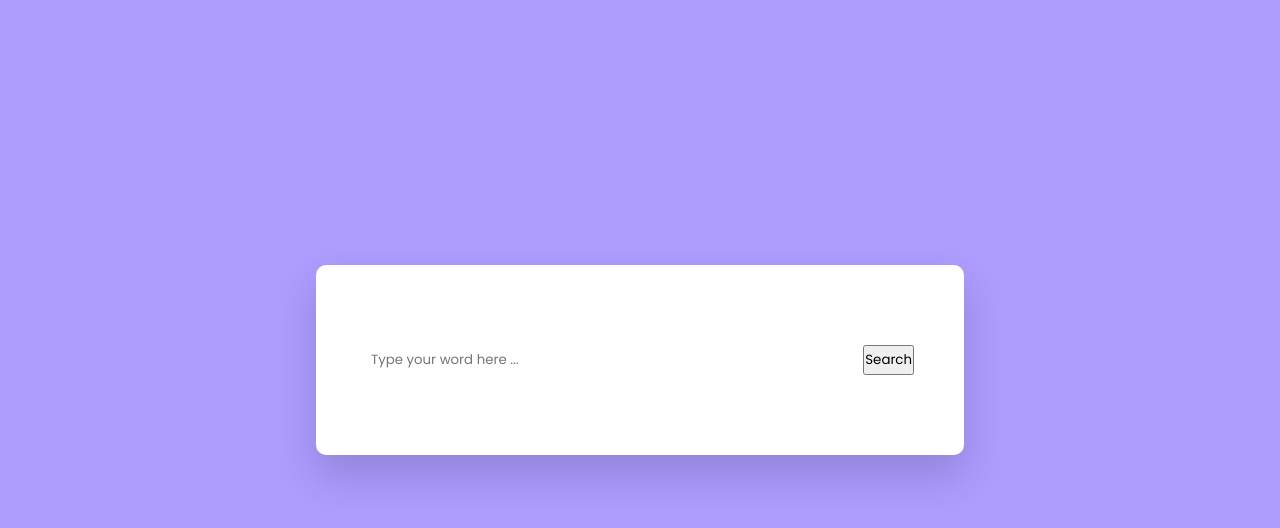
Repository: MohamedMostafaTaha/Translation_app
Page: index.html
These files come from the project's save history. The page is drawn as it stood at one moment and after the next save; the edit follows.
The browser window is 1280 px wide. The pictures show the whole page.

Above is the page before, as saved 2023-09-16 18:07:22.

After the next save:
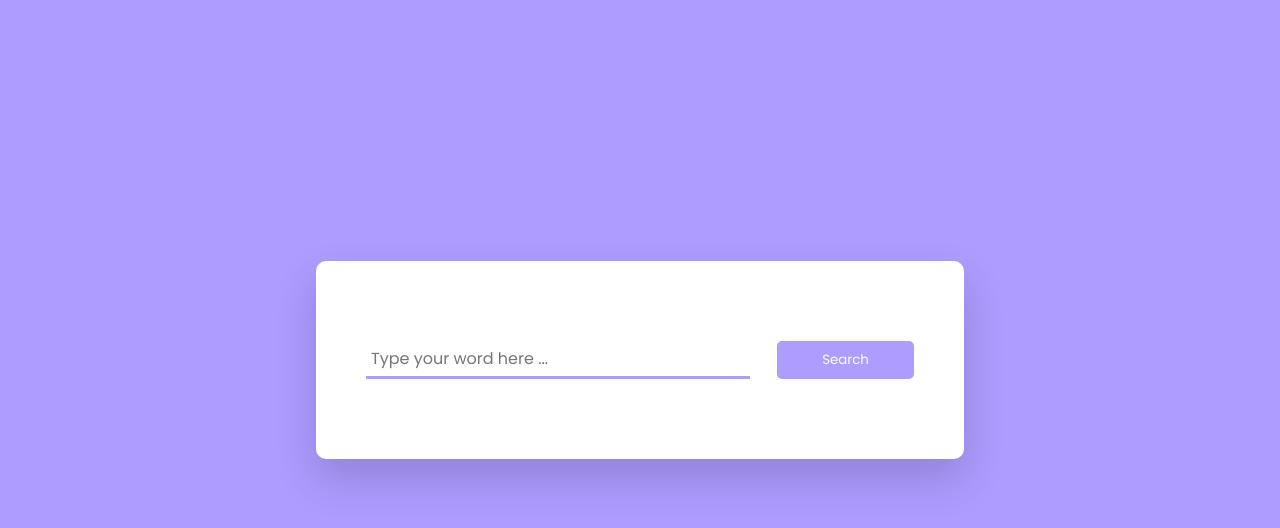
Saved 113 s later.
--- a/style.css
+++ b/style.css
@@ -34,4 +34,17 @@
   padding: 5px;
   width: 70%;
   border: none;
+  outline: none;
+  border-bottom: 3px solid #ae9cff;
+  font-size: 16px;
 }
+
+.search-box button {
+  padding: 5px 0;
+  width: 25%;
+  background-color: #ae9cff;
+  border: none;
+  outline: none;
+  color: white;
+  border-radius: 5px;
+}
